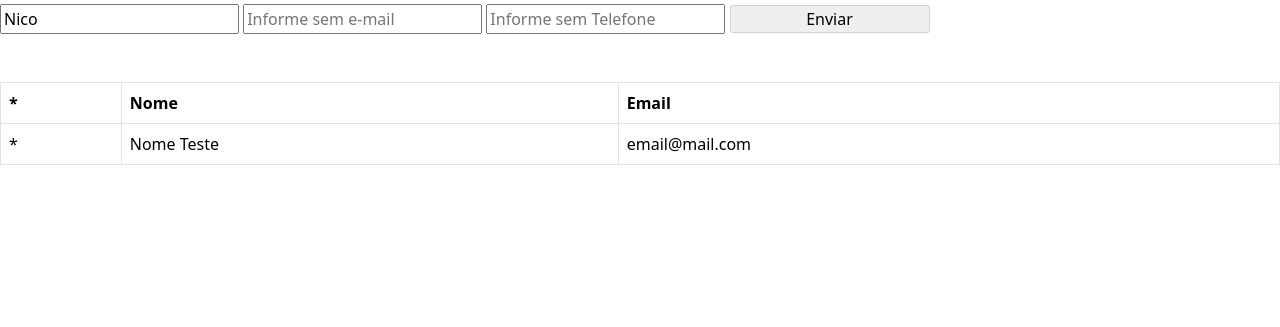
Repository: toniferreirasantos/teste-web
Page: http://localhost/
These files come from the project's save history. The page is drawn as it stood at one moment and after the next save; the edit follows.
The browser window is 1280 px wide. The pictures show the whole page.
The page is run by PHP 8.4 with error messages shown; the project is at /var/www/html/. Queries for data that is not in the repository find no rows.

Above is the page before, as saved 2025-09-16 20:42:21.

### index.php
<?php  include 'config/connect.php'; ?>

<!DOCTYPE html>
<html lang="en">
<head>
    <meta charset="UTF-8">
    <meta name="viewport" content="width=device-width, initial-scale=1.0">
    <title>Projeto Teste</title>

    <link rel="icon" type="image/png" href="https://cdn-icons-png.flaticon.com/512/154/154858.png">

    <link href="https://cdn.jsdelivr.net/npm/bootstrap@5.3.8/dist/css/bootstrap.min.css" rel="stylesheet" integrity="sha384-sRIl4kxILFvY47J16cr9ZwB07vP4J8+LH7qKQnuqkuIAvNWLzeN8tE5YBujZqJLB" crossorigin="anonymous">
    <link rel="stylesheet" href="assets/css/estilo.css">
</head>
<body>


    <form id="form_cadastro">

        <input class="campo-entrada" type="text" id="nome_cliente" name="nome_cliente" placeholder="Informe sem nome" value="Nico">
        <input class="campo-entrada" type="text" id="email_cliente" name="email_cliente" placeholder="Informe sem e-mail">
        <input class="campo-entrada" type="text" id="telefone_cliente" name="telefone_cliente" placeholder="Informe sem Telefone">

        <button type="button" onclick="salvar()">
            Enviar
        </button>

    </form>


    <?php
        $consulta = "SELECT * FROM clientes";
        $stmt = $connect->prepare($consulta);
        if( !$stmt ) echo "Erro: {$connect->errno} - {$connect->error}";

        if( !$stmt->execute() ) {
            echo 'Erro: '. $stmt->errorInfo()[2];
        }
        if (  $stmt->rowCount() > 0 ) {

            $clientes = $stmt->fetchAll(PDO::FETCH_OBJ);

            foreach ($clientes as $cliente) {
                // echo $cliente->nome .' - '. $cliente->email, '<br>';

            }

        }

    ?>


    <br><br>
    <table class="table table-bordered table-condensed table-hover smart-form table-padrao">
        <thead>
            <tr>
                <th>*</th>
                <th>Nome</th>
                <th>Email</th>
            </tr>
        </thead>

        <tbody>
            <tr>
                <td>*</td>
                <td>Nome Teste</td>
                <td>email@mail.com</td>
            </tr>

        </tbody>

    </table>




    <script
  src="https://code.jquery.com/jquery-3.7.1.min.js"
  integrity="sha256-/JqT3SQfawRcv/BIHPThkBvs0OEvtFFmqPF/lYI/Cxo="
  crossorigin="anonymous"></script>
    <script src="assets\js\script.js"></script>
</body>
</html>

### config/connect.php
<?php

try {
    $connect = new PDO('mysql:host=localhost;dbname=banco_teste', 'root', '');
    $connect->setAttribute(PDO::ATTR_ERRMODE, PDO::ERRMODE_EXCEPTION);

} catch (PDOException $e) {
    echo "Erro ao Conetar ao banco de dados: " . $e->getMessage();
}

### assets/css/estilo.css
* {

    color: #000;
}

button {
    width: 200px;
    border: 1px solid #cccc;
    border-radius: 3px;
    margin-top: 5px;
    cursor: pointer;
}

button:hover {

    border: 1px solid #cccc;
    font-size: 101%
}

### assets/js/script.js
function salvar() {

    $.ajax({
        url: 'backend/insert.php',
        type: 'POST',
        cache: false,
        data: $('#form_cadastro').serialize(),
        success: (response) => {
            console.log(response);
            alert(response);
        },
        error: (error) => {
            console.log(    );

        }
    });

}

After the next save:
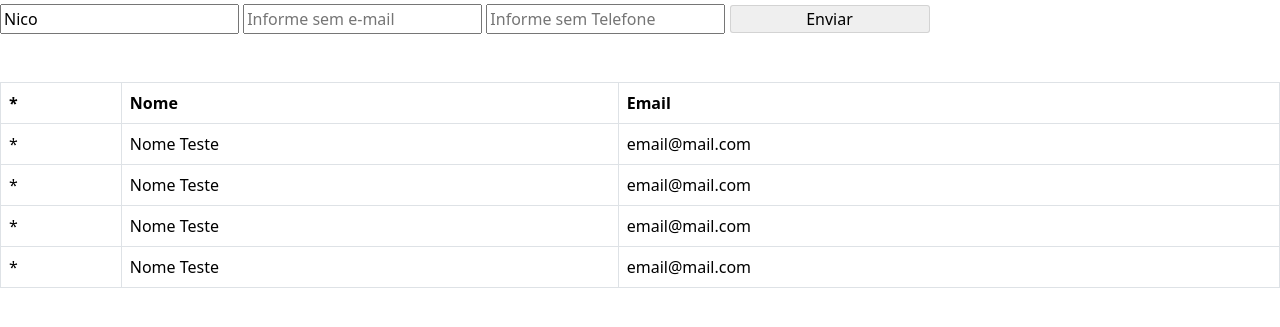
Saved 8 s later.
--- a/index.php
+++ b/index.php
@@ -66,7 +66,21 @@
                 <td>Nome Teste</td>
                 <td>email@mail.com</td>
             </tr>
-
+            <tr>
+                <td>*</td>
+                <td>Nome Teste</td>
+                <td>email@mail.com</td>
+            </tr>
+            <tr>
+                <td>*</td>
+                <td>Nome Teste</td>
+                <td>email@mail.com</td>
+            </tr>
+            <tr>
+                <td>*</td>
+                <td>Nome Teste</td>
+                <td>email@mail.com</td>
+            </tr>
         </tbody>
 
     </table>
